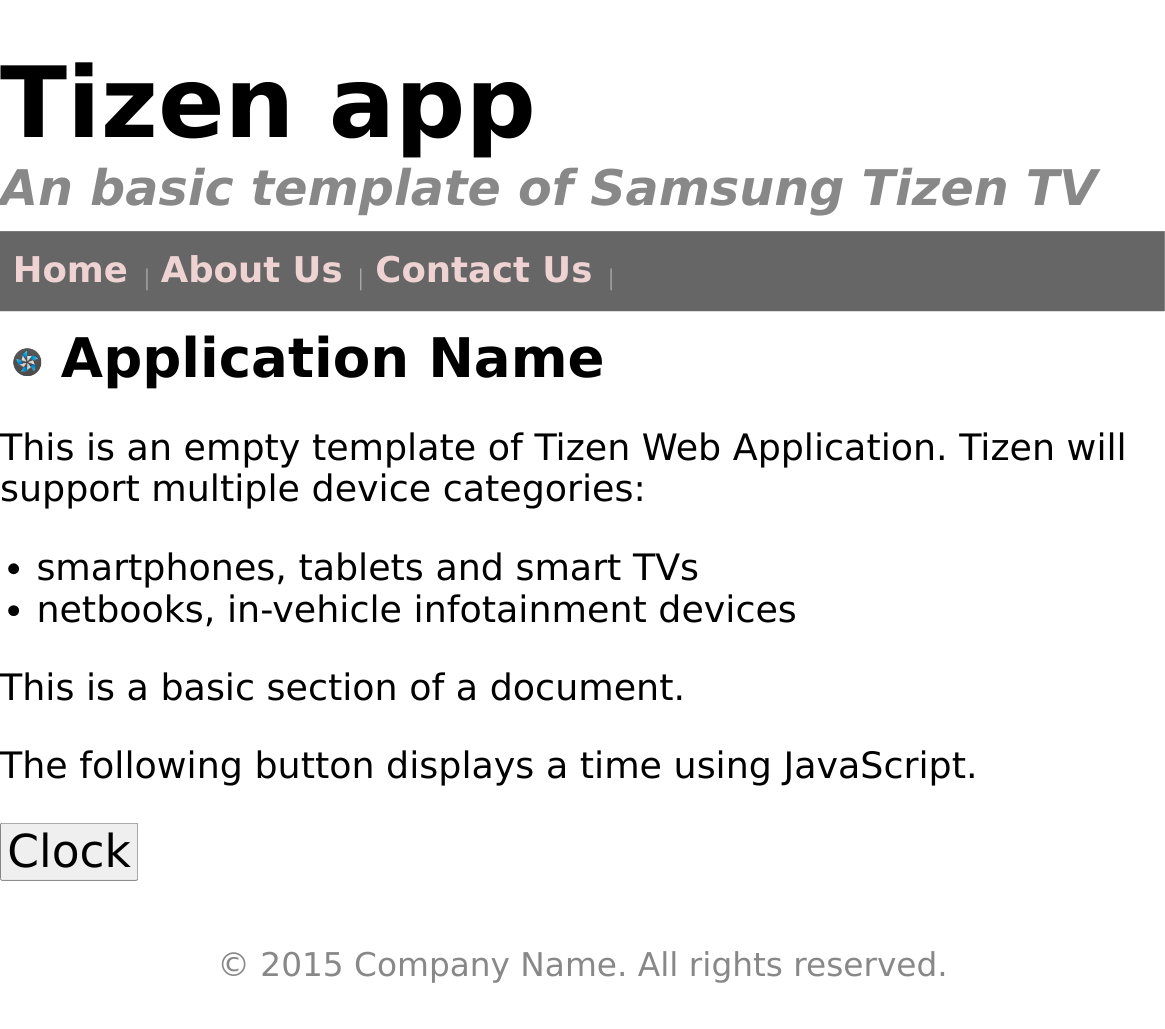
Repository: mat92/TV_Butler
Page: Tizen/TVButler/index.html
The author's editor kept a copy of each file at every save. The page is drawn from the files as they stood at one save, then again after the next save.
The browser window is 1280 px wide. The pictures show the whole page, at 91% of full size.

Above is the page before, as saved 2016-03-19 16:23:55.

After the next save:
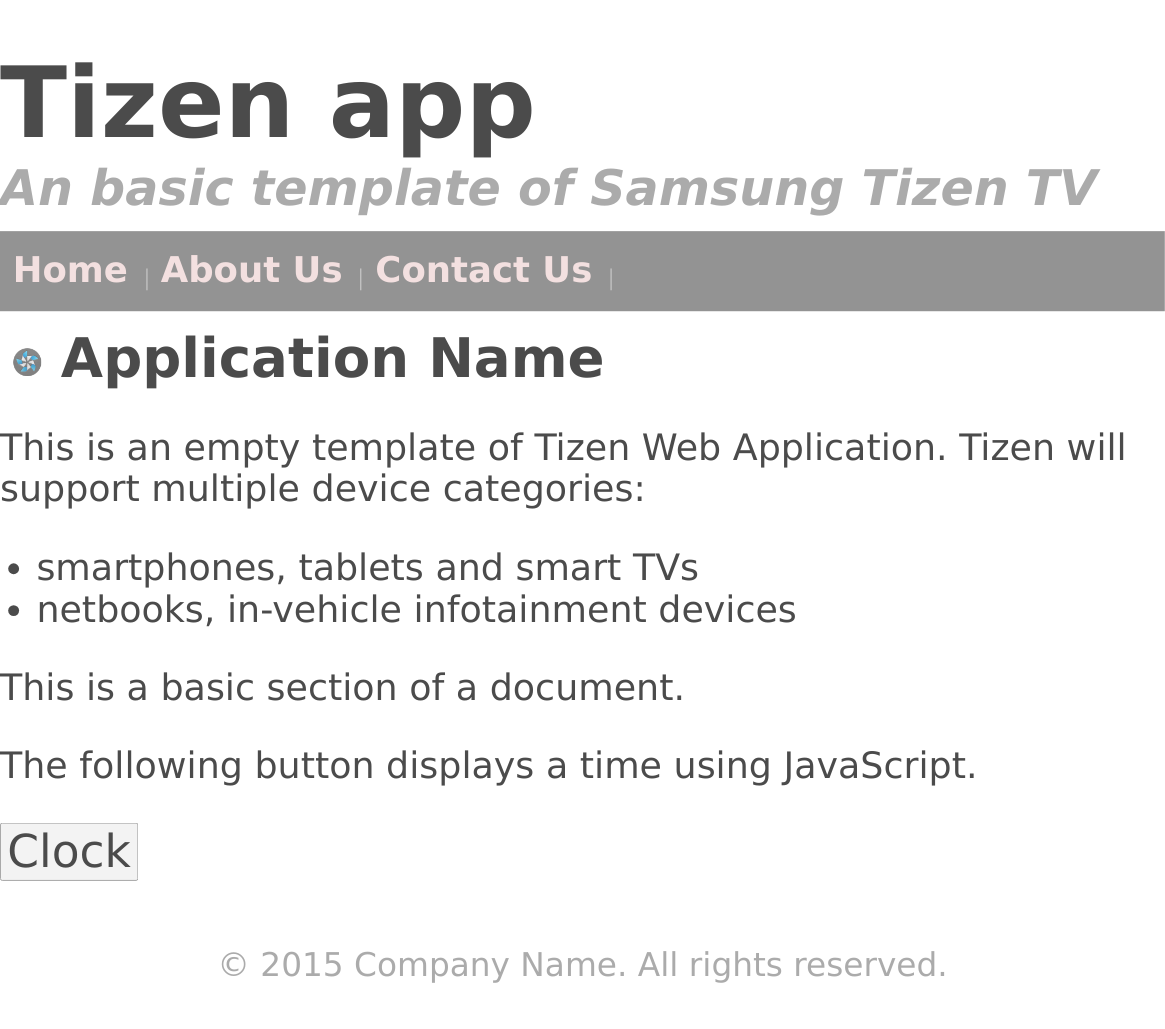
Saved 23 min 34 s later.
--- a/Tizen/TVButler/index.html
+++ b/Tizen/TVButler/index.html
@@ -11,7 +11,10 @@
     <script src="js/main.js"></script>
 </head>
 
-<body>
+<body style="opacity:0.7; /* allgemein */
+-moz-opacity:0.7; /* Mozilla */
+-khtml-opacity:0.7; /* KTHML */
+-opera-opacity:0.7; /* Opera */">
   <header>
     <hgroup>
       <h1>Tizen app</h1>
